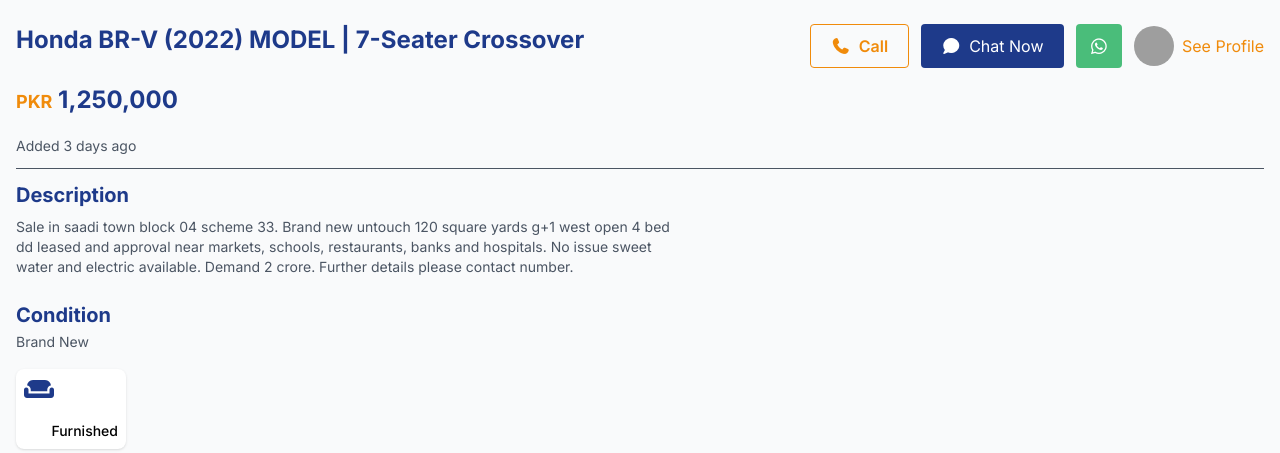
Repository: ARFA-SAEED/miljayega
Page: src/motorsPage/bikes_1.html
These files come from the project's save history. The page is drawn as it stood at one moment and after the next save; the edit follows.
The browser window is 1280 px wide. The pictures show the part of the page from y = 633 to 1086 px (the page is 2068 px tall).
Pictures or frames that could not be fetched are drawn as grey boxes. A picture or video elsewhere on the page could not be fetched, so the positions and the page height are approximate. Some web fonts or font styles are not loaded; a fallback is used. Some web libraries are served in a nearby version.

Above is the page before, as saved 2025-08-25 13:20:10.

### src/motorsPage/bikes_1.html
<!DOCTYPE html>
<html lang="en">

<head>
    <meta charset="utf-8" />
    <meta content="width=device-width, initial-scale=1.0" name="viewport" />
    <title>Miljaega.pk - Bikes 1</title>
    <script src="https://cdn.tailwindcss.com?plugins=forms,container-queries"></script>
    <link href="https://fonts.googleapis.com/css2?family=Inter:wght@400;500;600;700&display=swap" rel="stylesheet" />
    <link href="https://fonts.googleapis.com/css2?family=Poppins:wght@400;500;600;700&display=swap" rel="stylesheet" />
    <link href="https://fonts.googleapis.com/icon?family=Material+Icons" rel="stylesheet" />
    <link href="https://fonts.googleapis.com/css2?family=Lalezar&display=swap" rel="stylesheet">
    <link href="https://fonts.googleapis.com/css2?family=Noto+Nastaliq+Urdu&display=swap" rel="stylesheet">
    <script src="https://cdn.jsdelivr.net/npm/alpinejs@3.x.x/dist/cdn.min.js" defer></script>
    <script src="https://cdn.jsdelivr.net/npm/@tailwindcss/browser@4"></script>
    <link rel="stylesheet" href="./Css/miljaega-homepage.css">
    <!-- Font Awesome CDN -->
    <link href="https://cdnjs.cloudflare.com/ajax/libs/font-awesome/6.5.2/css/all.min.css" rel="stylesheet">

    <link rel="stylesheet" href="https://cdnjs.cloudflare.com/ajax/libs/font-awesome/7.0.0/css/all.min.css"
        integrity="sha512-DxV+EoADOkOygM4IR9yXP8Sb2qwgidEmeqAEmDKIOfPRQZOWbXCzLC6vjbZyy0vPisbH2SyW27+ddLVCN+OMzQ=="
        crossorigin="anonymous" referrerpolicy="no-referrer" />
</head>

<body class="bg-gray-50">

    <!-- Header -->
    <header class="bg-white shadow-sm fixed top-0 z-50 w-full">
        <div class="lg:mx-auto 2xl:mx-20 relative py-3 container px-4 sm:px-6">
            <div class="flex justify-between items-center py-3">
                <!-- Left: Logo -->
                <div class="flex-shrink-0">
                    <img src="../../../assets/images/logo.svg" alt="Logo" class="h-8 sm:h-10" />
                </div>

                <!-- Center Nav (Desktop) -->
                <nav
                    class="hidden xl:flex absolute 2xl:ms-[440px] left-1/2 transform -translate-x-1/2 space-x-6 text-sm font-medium text-gray-600">
                    <div class="flex justify-center mt-2">
                        <div class="inline-flex rounded-lg shadow-md bg-white overflow-hidden">
                            <a href="#"
                                class="px-6 py-3 text-sm font-medium text-white bg-blue-900 hover:bg-blue-900 transition duration-300 flex items-center">
                                <i class="fa-solid fa-list mr-2"></i> ALL
                            </a>
                            <a href="#"
                                class="px-6 py-3 text-sm font-medium text-pak-green hover:bg-[rgb(220,228,245)] flex items-center">
                                <i class="fa-solid fa-circle-plus mr-2"></i> NEW
                            </a>
                            <a href="#"
                                class="px-6 py-3 text-sm font-medium text-pak-green hover:bg-[rgb(220,228,245)] flex items-center">
                                <i class="fa-solid fa-recycle mr-2"></i> USED
                            </a>
                            <a href="#"
                                class="px-6 py-3 text-sm font-medium text-pak-green hover:bg-[rgb(220,228,245)] flex items-center">
                                <i class="fa-solid fa-key mr-2"></i> RENT
                            </a>
                            <a href="#"
                                class="px-6 py-3 text-sm font-medium text-pak-green hover:bg-[rgb(220,228,245)] flex items-center">
                                <i class="fa-solid fa-arrow-right-arrow-left mr-2"></i> Exchange
                            </a>
                        </div>
                    </div>
                </nav>

                <!-- Mobile Hamburger -->
                <button id="mobileMenuToggle" class="block xl:hidden text-gray-700 hover:text-primary-green">
                    <svg class="w-7 h-7" fill="none" stroke="currentColor" stroke-width="2" viewBox="0 0 24 24">
                        <path stroke-linecap="round" stroke-linejoin="round" d="M4 6h16M4 12h16M4 18h16"></path>
                    </svg>
                </button>
            </div>
        </div>
    </header>

    <!-- Mobile Menu -->
    <div id="mobileMenu"
        class="xl:hidden hidden bg-white shadow-md fixed top-[72px] left-0 right-0 z-40 max-h-[calc(100vh-72px)] overflow-y-auto">
        <div class="px-4 py-4 space-y-4 text-sm font-medium text-gray-700">
            <div class="flex justify-around text-center gap-2 flex-wrap">
                <a href="#" class="flex flex-col items-center gap-1 hover:text-primary-green">
                    <img src="./images/second-hand.png" class="w-6 h-6" /> Used
                </a>
                <a href="#" class="flex flex-col items-center gap-1 hover:text-primary-green">
                    <img src="./images/new.png" class="w-6 h-6" /> New
                </a>
                <a href="#" class="flex flex-col items-center gap-1 hover:text-primary-green">
                    <img src="./images/exchange.png" class="w-6 h-6" /> Exchange
                </a>
                <a href="#" class="flex flex-col items-center gap-1 hover:text-primary-green">
                    <img src="./images/rent.png" class="w-6 h-6" /> Rentals
                </a>
            </div>
        </div>
    </div>

    <!-- Spacer -->
    <div class="pt-[72px]"></div>

    <!-- Images Section -->
    <div class="container mx-auto px-4 mt-12">
        <div class="grid grid-cols-1 lg:grid-cols-2 gap-3">
            <div>
                <img class="w-full h-[250px] sm:h-[400px] lg:h-[513px] object-cover rounded-lg lg:rounded-l-[10px]"
                    src="https://auto.yugatech.com/wp-content/uploads/2022/09/2023-Honda-BRV-Main-2048x1024.jpg" alt="">
            </div>
            <div class="flex flex-col gap-3">
                <img class="w-full h-[200px] sm:h-[250px] object-cover rounded-lg lg:rounded-tr-[10px]"
                    src="https://hondaotodalat.com.vn/wp-content/uploads/2020/02/honda_BRV_hondaotovovankiet_vn_15.jpg"
                    alt="">
                <img class="w-full h-[200px] sm:h-[250px] object-cover rounded-lg lg:rounded-br-[10px]"
                    src="https://d31sro4iz4ob5n.cloudfront.net/upload/car/br-v-2024/feature/interior/br-v-2024-lhd-amplio-confort-y-versatilidad.jpg"
                    alt="">
            </div>
        </div>
    </div>

    <!-- Title & Buttons -->
    <div class="container mx-auto px-4 mt-6 flex flex-col lg:flex-row justify-between items-start gap-4">
        <h1 class="font-bold text-blue-900 text-xl lg:text-2xl">
            Honda BR-V (2022) MODEL | 7-Seater Crossover
        </h1>
        <div class="flex flex-wrap gap-3">
            <button class="border border-[#F08B0B] text-[#F08B0B] font-semibold rounded px-5 py-2 flex items-center">
                <i class="fa-solid fa-phone me-2"></i> Call
            </button>
            <button class="bg-blue-900 hover:bg-blue-800 text-white rounded px-5 py-2 flex items-center">
                <i class="fa-solid fa-comment me-2"></i> Chat Now
            </button>
            <button class="bg-[#4ABD7A] text-white rounded px-3 py-2 flex items-center">
                <i class="fa-brands fa-whatsapp text-lg"></i>
            </button>
            <div class="flex items-center gap-2">
                <img class="rounded-full h-10 w-10"
                    src="https://tse3.mm.bing.net/th/id/OIP.WpIMP_W3gb5bZ81rA-K2YgHaHa?pid=Api&P=0&h=220" alt="">
                <span class="text-[#F08B0B]">See Profile</span>
            </div>
        </div>
    </div>


    <!-- Price -->
    <div class="container mx-auto px-4 mt-4">
        <h1 class="text-blue-900 font-bold text-xl lg:text-2xl">
            <span class="text-lg text-[#F08B0B]">PKR</span> 1,250,000
        </h1>
        <p class="text-gray-600 text-sm mt-5 pb-3 border-b border-gray-600">Added 3 days ago</p>
    </div>

    <!-- Description -->
    <div class="container mx-auto px-4 mt-3">
        <h1 class="text-blue-900 font-bold text-xl mb-2">Description</h1>
        <p class="text-sm text-gray-600 max-w-2xl">
            Sale in saadi town block 04 scheme 33. Brand new untouch 120 square yards g+1 west open 4 bed dd leased and
            approval near markets, schools, restaurants, banks and hospitals. No issue sweet water and electric
            available.
            Demand 2 crore. Further details please contact number.
        </p>
    </div>

    <!-- Condition -->
    <div class="container mx-auto px-4 mt-6">
        <h1 class="text-blue-900 font-bold text-xl">Condition</h1>
        <span class="text-gray-600 text-sm">Brand New</span>
        <div class="relative mt-4 shadow rounded-lg h-20 w-[110px] bg-white p-3">
            <i class="fa-solid fa-couch text-blue-900 text-2xl absolute top-1 left-2"></i>
            <span class="absolute bottom-2 right-2 text-sm font-medium">Furnished</span>
        </div>
    </div>

    <!-- Location -->
    <div class="container mx-auto px-4 mt-6">
        <h1 class="text-blue-900 font-bold text-xl mb-3">Location and nearby facilities</h1>
        <div class="flex flex-wrap gap-4 mb-5">
            <button class="flex items-center gap-2 px-4 py-2 bg-white rounded-lg shadow-md">
                <i class="fa-solid fa-border-all text-[#F08B0B]"></i> All
            </button>
            <button class="flex items-center gap-2 px-4 py-2 bg-white rounded-lg shadow-md">
                <i class="fa-solid fa-school text-[#F08B0B]"></i> School
            </button>
            <button class="flex items-center gap-2 px-4 py-2 bg-white rounded-lg shadow-md">
                <i class="fa-solid fa-hospital text-[#F08B0B]"></i> Hospitals
            </button>
            <button class="flex items-center gap-2 px-4 py-2 bg-white rounded-lg shadow-md">
                <i class="fa-solid fa-utensils text-[#F08B0B]"></i> Restaurant
            </button>
        </div>
        <img src="https://png.pngtree.com/png-clipart/20230315/original/pngtree-map-location-pin-with-red-png-image_8989833.png"
            class="h-[300px] sm:h-[400px] mx-auto" alt="">
    </div>
    <footer class="bg-[#0C3168] text-white">
        <div class="container mx-auto px-4 sm:px-6 lg:px-8 py-10">

            <!-- ✅ Mobile/Tablet (sm, md, lg): 2 Rows Layout -->
            <div class="flex  flex-wrap gap-8 lg:hidden">
                <!-- Row 1: ABOUT US + MY ACCOUNT -->
                <div class="w-full flex   gap-8">
                    <!-- ABOUT US -->
                    <div class="w-full ms-10 md:ms-0 sm:w-1/2 text-left">
                        <ul class="leading-10">
                            <li class="font-bold text-xl mb-3">ABOUT US</li>
                            <li>FAQ</li>
                            <li>Anti Scam</li>
                            <li>Term of use</li>
                            <li>Privacy Policy</li>
                            <li>Contact Us</li>
                            <li>Sitemap</li>
                        </ul>
                    </div>
                    <!-- MY ACCOUNT -->
                    <div class="w-full ms-20 md:ms-60 sm:w-1/2 text-left">
                        <ul class="leading-10">
                            <li class="font-bold text-xl mb-3">MY ACCOUNT</li>
                            <li>Login</li>
                            <li>Register</li>
                        </ul>
                    </div>
                </div>

                <!-- Row 2: Miljaega + Social -->
                <div class="w-full flex gap-8 mt-5">
                    <!-- Miljaega -->
                    <div class="w-full sm:w-1/2 ms-10 md:ms-0 text-left">
                        <ul class="leading-10">
                            <li class="font-bold text-xl mb-3">Miljaega</li>
                            <li>Inspected by miljaega</li>
                            <li>Featured by miljaega</li>
                            <li>Recomended by miljaega</li>
                        </ul>
                    </div>
                    <!-- Social -->
                    <div class="w-full ms-20 md:ms-60  sm:w-1/2 text-left leading-15">
                        <ul>
                            <li class="font-bold text-xl  mb-3">FOLLOW US</li>
                        </ul>
                        <div class=" ms-8 md:ms-0 sm:flex-wrap md:flex mt-3 gap-5">
                            <img src="../../assets/images/fb.svg" class="h-10" alt="">
                            <img src="../../assets/images/insta.svg" class="h-10" alt="">
                            <img src="../../assets/images/twitter.svg" class="h-10" alt="">
                            <img src="../../assets/images/youtube.svg" class="h-10" alt="">
                        </div>
                    </div>
                </div>
            </div>

            <!-- ✅ XL and Up: Original 4-column Layout -->
            <div class="hidden lg:block lg:flex lg:justify-between xl:gap-8">
                <!-- ABOUT US -->
                <div class="w-full sm:w-1/2 xl:w-auto mb-5 xl:mb-0  xl:text-left">
                    <ul class="leading-10">
                        <li class="font-bold text-xl mb-3">ABOUT US</li>
                        <li>FAQ</li>
                        <li>Anti Scam</li>
                        <li>Term of use</li>
                        <li>Privacy Policy</li>
                        <li>Contact Us</li>
                        <li>Sitemap</li>
                    </ul>
                </div>
                <!-- MY ACCOUNT -->
                <div class="w-full sm:w-1/2 xl:w-auto text-left mb-5 xl:mb-0">
                    <ul class="leading-10">
                        <li class="font-bold text-xl mb-3">MY ACCOUNT</li>
                        <li>Login</li>
                        <li>Register</li>
                    </ul>
                </div>
                <!-- Miljaega -->
                <div class="w-full sm:w-1/2 xl:w-auto mb-5 xl:mb-0 text-left">
                    <ul class="leading-10">
                        <li class="font-bold text-xl mb-3">Miljaega</li>
                        <li>Inspected by miljaega</li>
                        <li>Featured by miljaega</li>
                        <li>Recomended by miljaega</li>
                    </ul>
                </div>
                <!-- Social -->
                <div class="w-full sm:w-1/2 xl:w-auto text-left mb-5 xl:mb-0 leading-15">
                    <ul>
                        <li class="font-bold text-xl mb-3">FOLLOW US</li>
                    </ul>
                    <div class="flex  ustify-start mt-3 gap-5">
                        <img src="../../assets/images/fb.svg" class="h-10" alt="">
                        <img src="../../assets/images/insta.svg" class="h-10" alt="">
                        <img src="../../assets/images/twitter.svg" class="h-10" alt="">
                        <img src="../../assets/images/youtube.svg" class="h-10" alt="">
                    </div>
                </div>
            </div>

            <!-- Footer bottom -->
            <div class="text-center border-t-2 border-white mt-10 pt-5 text-sm">
                <p>© Copyright 2025 Miljaega <br>Powered by The Tech Creators</p>
            </div>
        </div>
    </footer>

    <script>
        // Mobile menu toggle
        document.addEventListener("DOMContentLoaded", () => {
            const toggleBtn = document.getElementById("mobileMenuToggle");
            const mobileMenu = document.getElementById("mobileMenu");
            toggleBtn.addEventListener("click", () => {
                mobileMenu.classList.toggle("hidden");
            });
        });
    </script>

</body>

</html>

### assets/Css/miljaega-homepage.css
 :root {
   --primary-green: #0B6847;
 }

 body {
   font-family: 'Inter', sans-serif;
   background-color: #f8fafc;
 }

 .text-primary-green {
   color: var(--primary-green);
 }

 .bg-primary-green {
   background-color: #003E3E;
 }

 .border-primary-green {
   border-color: var(--primary-green);
 }

 .card {
   @apply bg-white rounded-lg shadow-[0_4px_6px_-1px_rgba(0, 0, 0, 0.1), 0_2px_4px_-2px_rgba(0, 0, 0, 0.1)] transition-transform duration-200;
 }

 .card:hover {
   transform: translateY(-5px);
 }

 .verified-badge {
   @apply text-blue-600 text-base;
 }


 /* Sell Button */
 ._520955ba {
   position: relative;
   overflow: hidden;
   border-radius: 4px;
 }

 header {
   z-index: 100;
 }

 .fbf39733 {
   background-color: #ffffff;
   /* Green background */
   border: none;
   cursor: pointer;
 }

 ._6257aca6 {
   object-fit: contain;
   z-index: 1;
 }


 ._948d9e0a {
   position: relative;
   z-index: 2;
 }

 ._27a68d65 {
   display: flex;
   align-items: center;
 }

 .b2e0090c {
   padding: 8px 16px;
 }

 ._371e9918 {
   color: white;
 }

 ._6041419a {
   margin-right: 8px;
 }

 ._8206696c {
   font-weight: 900;
 }

 .b7af14b4 {
   font-size: 12px;
 }

 .dd240920 {
   line-height: 1.5;
 }

 @import url('https://fonts.googleapis.com/css2?family=Inter:wght@300;400;500;600;700&display=swap');

 body {
   font-family: 'Inter', sans-serif;

 }

 .card-hover {
   transition: all 0.3s ease;
   box-shadow: 0 4px 6px rgba(0, 0, 0, 0.05);
 }

 .card-hover:hover {
   transform: translateY(-5px);
   box-shadow: 0 10px 25px rgba(0, 0, 0, 0.1);
 }

 .image-hover {
   transition: transform 0.5s ease;
 }

 .status-dot {
   position: absolute;
   bottom: 5px;
   right: 10px;
   width: 12px;
   height: 12px;
   background-color: #1dbf73;
   border: 2px solid white;
   border-radius: 50%;
   z-index: 10;
   box-shadow: 0 0 0 2px rgba(29, 191, 115, 0.3);
 }

 .status-pulse {
   position: absolute;
   bottom: -1px;
   right: -1px;
   width: 16px;
   height: 16px;
   background-color: rgba(29, 191, 115, 0.4);
   border-radius: 50%;
   z-index: 5;
   animation: pulse 1.5s infinite;
 }

 @keyframes pulse {
   0% {
     transform: scale(0.8);
     opacity: 0.7;
   }

   70% {
     transform: scale(1.5);
     opacity: 0;
   }

   100% {
     transform: scale(0.8);
     opacity: 0;
   }
 }

 .star-container {
   display: inline-flex;
   align-items: center;
   margin-left: -8px;
 }

 .star-full {
   color: #f2880f;
   position: relative;
 }

 .star-full::before {
   content: "★";
   position: absolute;
   color: white;
   font-size: 15px;
   top: 2px;
   left: 2px;
 }

 .star-half {
   position: relative;
   width: 20px;
   height: 20px;
 }

 .star-half-left {
   position: absolute;
   left: 0;
   width: 50%;
   height: 100%;
   background: #ff643d;
   border-top-left-radius: 3px;
   border-bottom-left-radius: 3px;
 }

 .star-half-right {
   position: absolute;
   right: 0;
   width: 50%;
   height: 100%;
   background: rgba(200, 201, 202, 0.48);
   border-top-right-radius: 3px;
   border-bottom-right-radius: 3px;
 }

 .star-half::before {
   content: "★";
   position: absolute;
   color: white;
   font-size: 15px;
   top: 2px;
   left: 2px;
   z-index: 10;
 }

 .badge {
   transition: all 0.3s ease;
 }

 .badge:hover {
   transform: scale(1.05);
 }

 .arrow-tab {
   position: relative;
   padding: 0.75rem 2rem;
   display: flex;
   align-items: center;
   justify-content: center;
   clip-path: polygon(0 0, calc(100% - 20px) 0, 100% 50%, calc(100% - 20px) 100%, 0 100%, 20px 50%);
   margin-left: -18px;
   cursor: pointer;
   transition: all 0.2s ease;
 }

 .arrow-tab:first-child {
   clip-path: polygon(0 0, calc(100% - 20px) 0, 100% 50%, calc(100% - 20px) 100%, 0 100%);
   margin-left: 0;
   padding-left: 3rem;
 }

 .arrow-tab.active {
   background-color: #1e3a8a;
   /* Tailwind's blue-900 */
   color: white;
   z-index: 10;
 }

 .arrow-tab:not(.active):hover {
   background-color: #ced8f3;
   /* Light gray on hover */
 }

 @media (min-width: 1024px) and (max-width: 1028px) {
   .custom-mt {
     margin-top: 10px;
     /* Equivalent to mt-9 */
   }
 }

 .thumbnail {
   transition: all 0.2s ease;
 }

 .thumbnail:hover {
   transform: scale(1.05);
   box-shadow: 0 0 5px rgba(59, 130, 246, 0.5);
 }

 #main-image {
   transition: opacity 0.3s ease;
 }



 .scrollbar-hide::-webkit-scrollbar {
   display: none;
 }

 .scrollbar-hide {
   -ms-overflow-style: none;
   scrollbar-width: none;
 }

 .search-dropdown {
   display: none;
   position: absolute;
   top: 100%;
   /* directly below input */
   left: 0;
   width: 100%;
   max-height: 400px;
   overflow-y: auto;
   /* only scroll when necessary */
   z-index: 999999;
   /* way above all site content */
   background: white;
   border: 1px solid #e5e7eb;
   border-radius: 0.5rem;
   box-shadow: 0 4px 6px -1px rgba(0, 0, 0, 0.1),
     0 2px 4px -1px rgba(0, 0, 0, 0.06);
 }

 .search-dropdown-section {
   padding-left: 13px;
   padding-right: 13px;
   padding-bottom: 10px;

 }

 .search-dropdown-section:last-child {
   border-bottom: none;
 }

 .search-dropdown-item {
   padding: 0.5rem;
   cursor: pointer;
   border-radius: 0.25rem;
   background-color: white;
 }

After the next save:
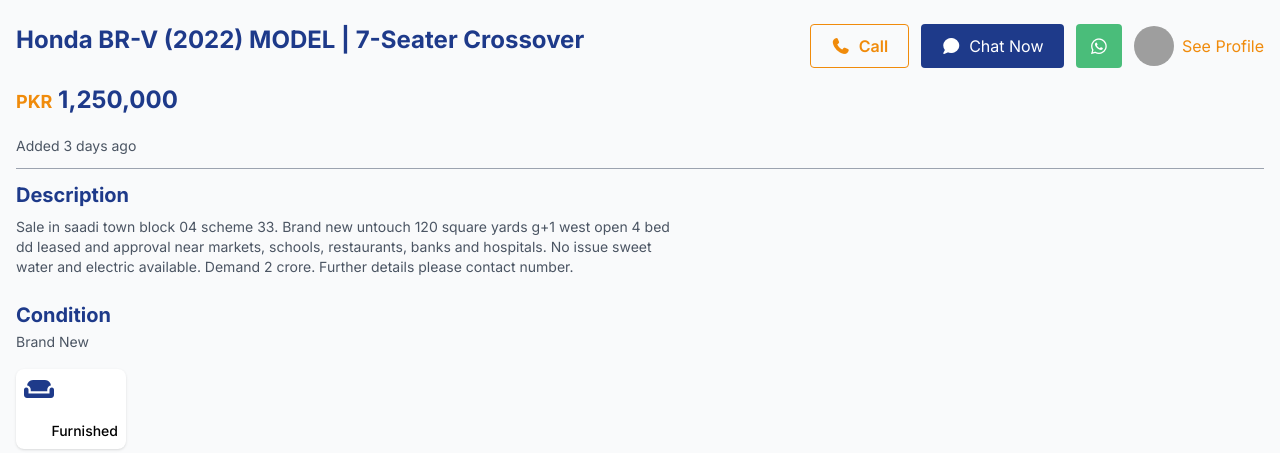
Saved 5 s later.
--- a/src/motorsPage/bikes_1.html
+++ b/src/motorsPage/bikes_1.html
@@ -143,7 +143,7 @@
         <h1 class="text-blue-900 font-bold text-xl lg:text-2xl">
             <span class="text-lg text-[#F08B0B]">PKR</span> 1,250,000
         </h1>
-        <p class="text-gray-600 text-sm mt-5 pb-3 border-b border-gray-600">Added 3 days ago</p>
+        <p class="text-gray-600 text-sm mt-5 pb-3 border-b border-gray-400">Added 3 days ago</p>
     </div>
 
     <!-- Description -->
